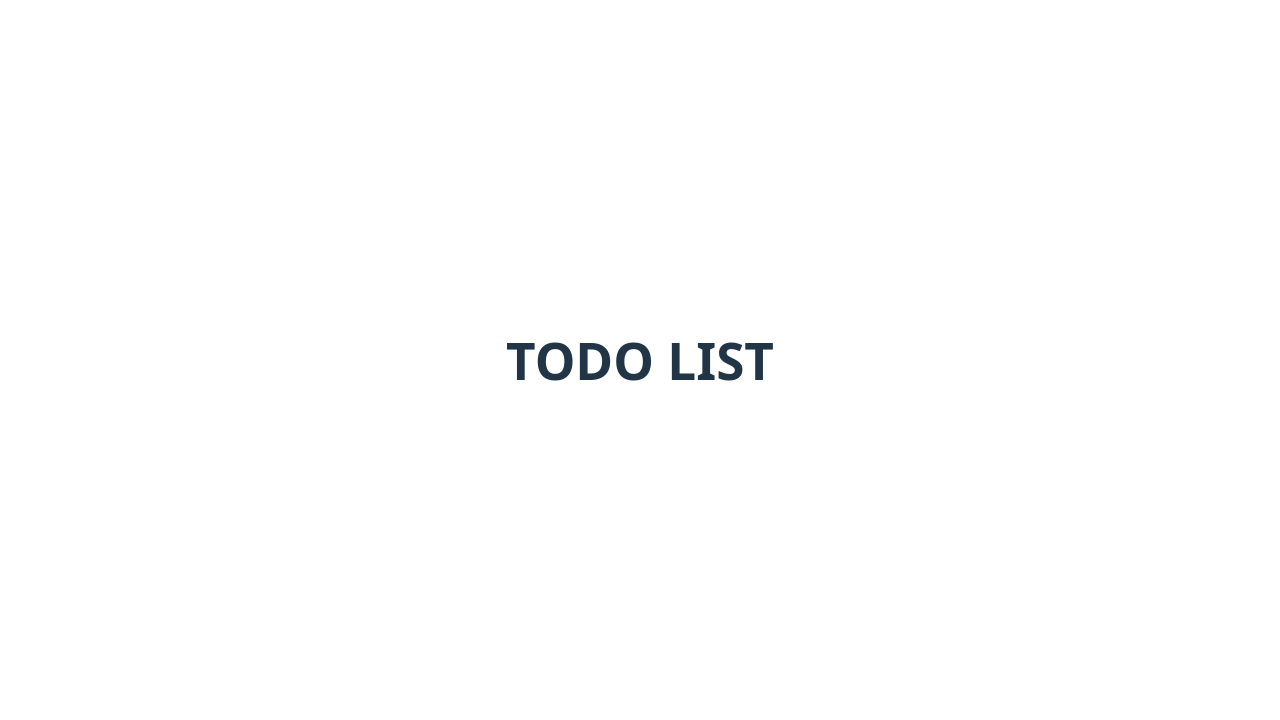
Repository: DISC-NU/workshop-3-activites
Page: /
An editor plug-in stored every save of this project. The page is shown before and after the next save, followed by the edit.
The browser window is 1280 px wide. The pictures show the whole page.
The project was rebuilt for these pictures with package versions that can differ from the ones it lists, and the page was loaded fresh each time. Also part of the build but not shown: vite.config.js.

Above is the page before, as saved 2025-10-06 19:07:51.

### src/App.jsx
import './App.css'

function App() {
  return(
    <main>
      <h1>TODO LIST</h1>
    </main>
  );
}

export default App

Loaded but not shown: index.html (common file); src/main.jsx (common file); src/index.css (common file); src/App.css (common file)

After the next save:
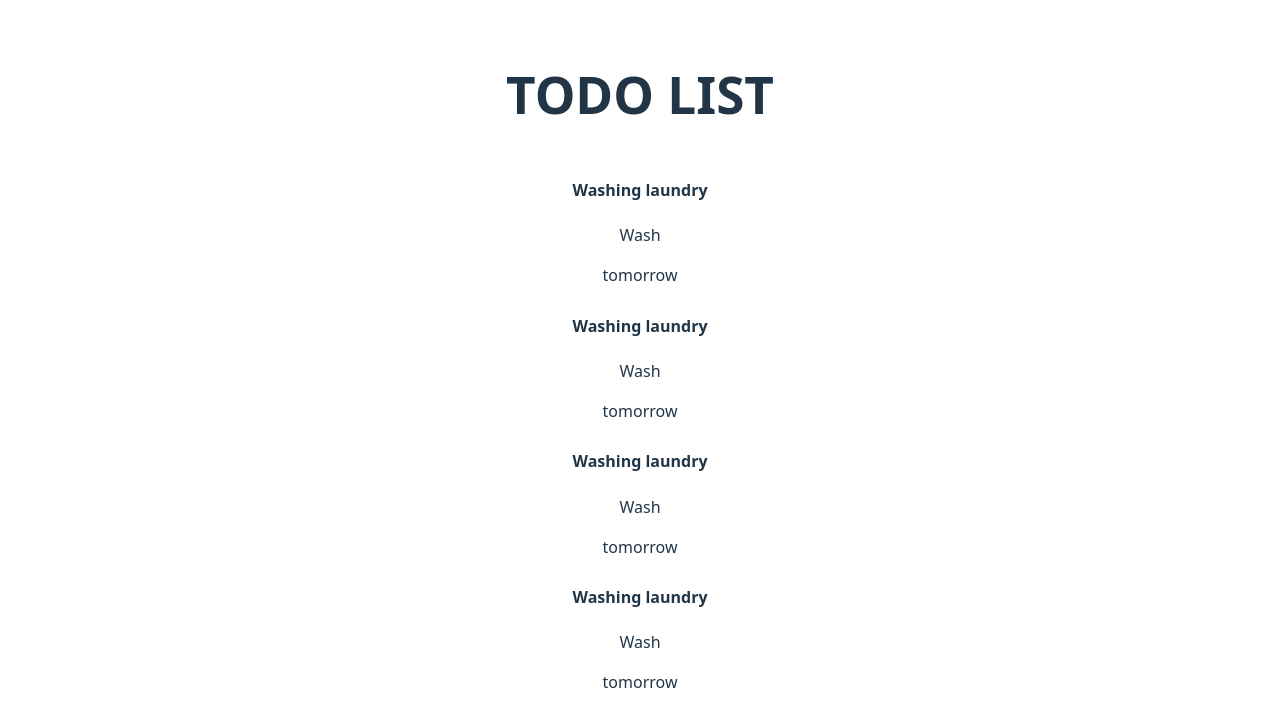
Saved 2 min 47 s later.
--- a/src/App.jsx
+++ b/src/App.jsx
@@ -4,6 +4,28 @@ function App() {
   return(
     <main>
       <h1>TODO LIST</h1>
+      <div style={{ display: 'flex', flexDirection: 'column', gap: 5 }}>
+        <div className='task'>
+          <h4>Washing laundry</h4>
+          <p>Wash</p>
+          <span>tomorrow</span>
+        </div>
+        <div className='task'>
+          <h4>Washing laundry</h4>
+          <p>Wash</p>
+          <span>tomorrow</span>
+        </div>
+        <div className='task'>
+          <h4>Washing laundry</h4>
+          <p>Wash</p>
+          <span>tomorrow</span>
+        </div>
+        <div className='task'>
+          <h4>Washing laundry</h4>
+          <p>Wash</p>
+          <span>tomorrow</span>
+        </div>
+      </div>
     </main>
   );
 }
